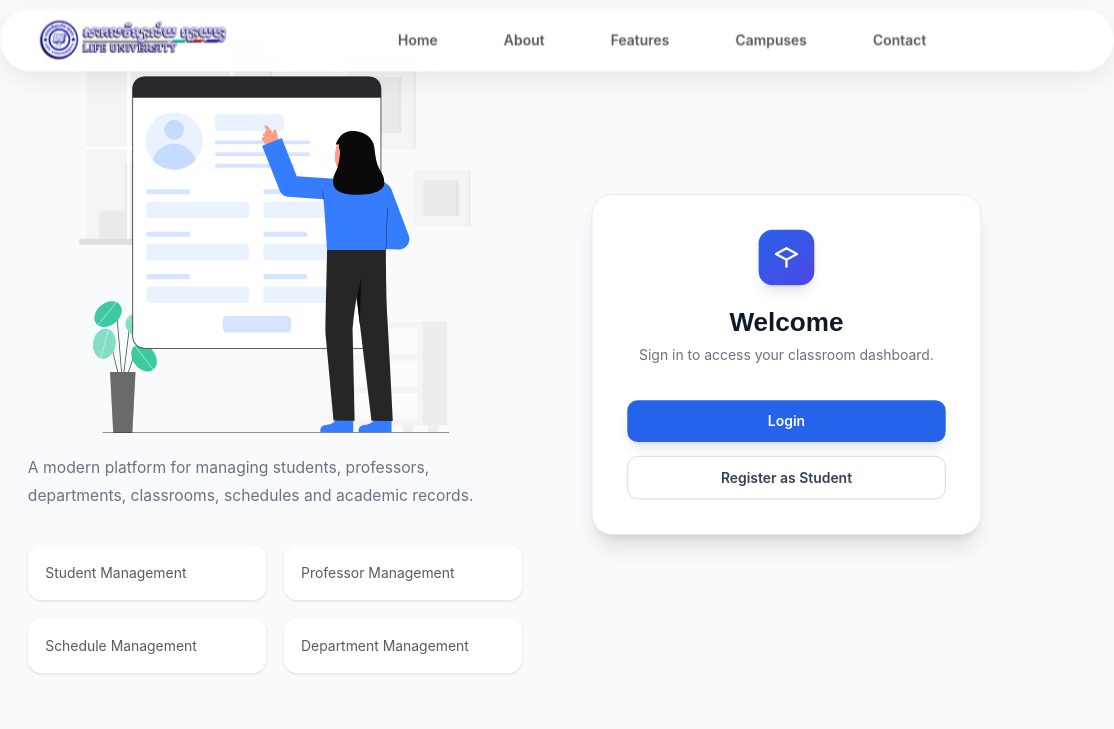
Repository: Chocovcandy/Classroom_Management_System
Page: http://localhost/Login_page
An editor plug-in stored every save of this project. The page is shown before and after a run of saves, followed by the edit.
The browser window is 1280 px wide. The pictures show the whole page, at 87% of full size.
Some web libraries are served in a nearby version. The page is served by the project's Laravel application, run on PHP 8.4 with Laravel 12.

Above is the page before, as saved 2026-08-12 10:53:56.

After the next 2 saves:
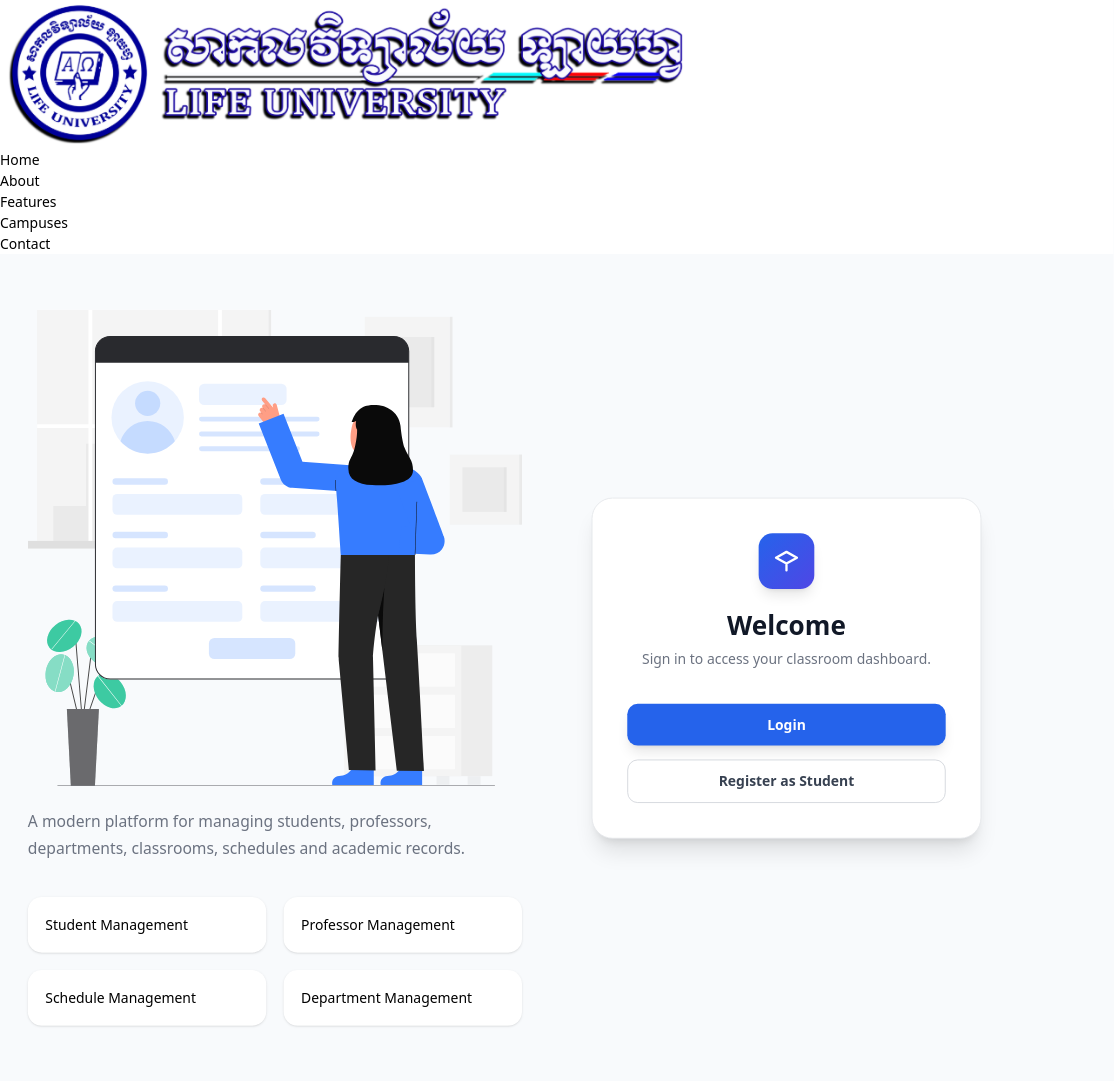
The 2 saves are shown as one change because they came seconds apart.
The last was saved 14 s later.
--- a/resources/views/Login_page.blade.php
+++ b/resources/views/Login_page.blade.php
@@ -7,7 +7,7 @@
     <!--=============== BOXICONS ===============-->
     <link rel="stylesheet" href="https://cdn.jsdelivr.net/npm/boxicons@latest/css/boxicons.min.css">
 
-    <link rel="stylesheet" href="/assets/css/style.css">
+    <link rel="stylesheet" href="/assets/css/login_style.css">
 
     <title>Classroom Management System</title>
 

After the 2 saves that followed:
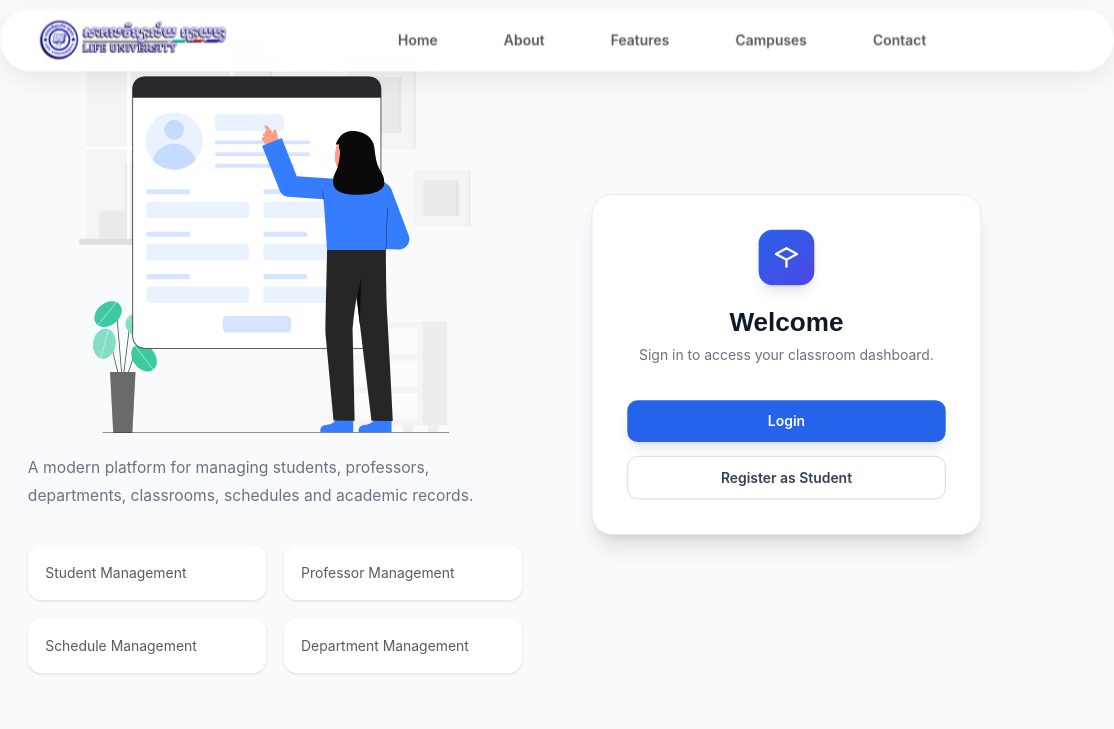
The 2 saves are shown as one change because 1 left the picture as it was.
The last was saved 29 s later.
--- a/resources/views/Login_page.blade.php
+++ b/resources/views/Login_page.blade.php
@@ -8,6 +8,7 @@
     <link rel="stylesheet" href="https://cdn.jsdelivr.net/npm/boxicons@latest/css/boxicons.min.css">
 
     <link rel="stylesheet" href="/assets/css/login_style.css">
+    <link rel="stylesheet" href="/assets/css/welcome_style.css">
 
     <title>Classroom Management System</title>
 
